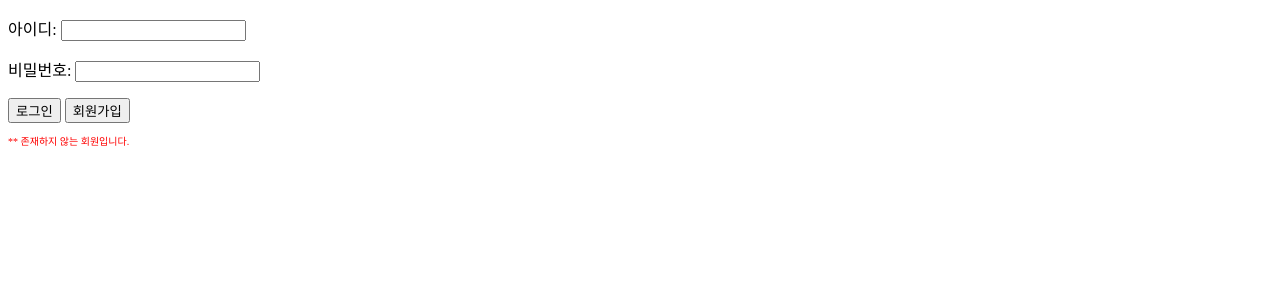
Repository: LeeKukJu/JSP-Study
Page: http://localhost/JSPBook/ch07/totaltest/total_signin_process.jsp
An editor plug-in stored every save of this project. The page is shown before and after the next save, followed by the edit.
The browser window is 1280 px wide. The pictures show the whole page.
The page is served by Tomcat 9. Other server files are loaded and not shown.

Above is the page before, as saved 2023-01-31 06:18:50.

### JSPBook/WebContent/ch07/totaltest/total_signin_process.jsp
<%@page import="dto.MemberVO"%>
<%@page import="java.util.ArrayList"%>
<%@page import="dao.MemberDAO"%>
<%@ page language="java" contentType="text/html; charset=UTF-8"
    pageEncoding="UTF-8"%>

<!--
	로그인 처리를 진행해주세요.

	MemberDAO 클래스를 작성하고 싱글턴 패턴을 적용 후,
	- 회원 전체 리스트를 가져올 수 있는 함수를 작성하세요.
	- 회원 아이디,비밀번호에 해당하는 회원 정보를 가져올 수 있는 함수를 작성하세요.

	1) 로그인 성공 시, total_memberList.jsp로 이동시켜주세요.
	2) 로그인 실패 시, total_signin.jsp로 이동시켜주세요.
 -->

 <%
 	// 1. 로그인 페이지에서 전송한 아이디, 비밀번호를 받는다.
 	String id = request.getParameter("mem_id");
 	String pw = request.getParameter("mem_pw");
 	String msg = null;

 	// 2. 전달받은 아이디, 비밀번호에 해당하는 내 정보가 있는지 없는지 체크
 	// - 회원 데이터 전부를 요청해야한다.
 	// - 회원 데이터 전부와 전달받은 아이디, 비밀번호를 비교한다.
 	// - 회원 데이터 전부를 가져오기 위해 DAO한테 요청
 	// - DAO 인스턴스 필요
 	// - DAO 인스턴스를 통해 회원 데이터 전부를 가져오기 위한 기능 요청

 	MemberDAO dao = MemberDAO.getInstance(); // DAO 인스턴스 얻어오기
 	ArrayList<MemberVO> memberList = dao.getMemberList(); // DAO 인스턴스에서 회원 전체 들고오기


 	// 회원 전체와 전달받은 아이디, 비밀번호를 비교
 	if(memberList.size() > 0){ // 회원 목록 데이터가 존재하면
 		// '회원정보가 존재할때? 존재하지 않을때?'에 해당하는 스위칭
 		boolean flag = false;

 		for(MemberVO memberVO : memberList){
 			if(id.equals(memberVO.getMem_id()) && pw.equals(memberVO.getMem_pw())){
 				flag = true;   // 회원정보가 존재
 				break;
 			}
 		}
 		if(flag){ // 회원정보가 존재하면
 			msg = id + "님! 환영합니다.";

 			session.setAttribute("msg", msg);
 			session.setAttribute("mem_id", id);
 			response.sendRedirect("./total_memberList.jsp");
 		}else{

 			msg = "존재하지 않는 회원입니다.";
 			request.setAttribute("msg", msg);
 			request.getRequestDispatcher("./total_signin.jsp").forward(request, response);
 		}
 	}else{			// 회원 목록 데이터가 존재하지 않음.
 			msg = "존재하지 않는 회원입니다.";
 			request.setAttribute("msg", msg);
 			request.getRequestDispatcher("./total_signin.jsp").forward(request, response);

 	}







 %>

### JSPBook/WebContent/ch07/totaltest/total_signin.jsp
<%@ page language="java" contentType="text/html; charset=UTF-8"
    pageEncoding="UTF-8"%>
<%@ taglib prefix="c" uri="http://java.sun.com/jsp/jstl/core" %>
<!DOCTYPE html>
<html>
<head>
<meta charset="UTF-8">
<title>Insert title here</title>
</head>
<body>
<!--
	문제1) 아이디, 비밀번호를 입력받고 전송 할 폼 양식을 작성하세요.

		아이디 name = mem_id
		비밀번호  name = mem_pw
		버튼이름은 로그인

		버튼 아래에 p태그로 msg 출력 공간 만들어놓기
		<p>에러 메세지를 표시해주세요</p>

		전송 경로 : total_signin_process.jsp

	문제2) 로그인 처리(submit) 후, 로그인 실패 시에 해당 페이지에서 에러메시지를 출력해주세요.
		- 메세지 처리는 자유롭게
		- 메시지 내용도 자유롭게
		- p태그에 메세지를 출력해주세면 됩니다.
 -->

	<form action="total_signin_process.jsp" method="post">
		<p>아이디: <input type="text" name="mem_id"/> </p>
		<p>비밀번호: <input type="text" name="mem_pw"/> </p>
		<input type="submit" value="로그인">
		<a href="./total_signup.jsp"><input type="button" value="회원가입"></a><br>
	</form>
	<%
		if(request.getAttribute("msg") != null){

	%>
			<p style="font-size:10px; color:red;">** <%=request.getAttribute("msg") %></p>
	<%
		}
	%>
	<c:if test="${err == '1'}">
		<p style="font-size:10px; color:red;">** 존재하지 않는 회원입니다.</p>
	</c:if>
</body>
</html>

### JSPBook/src/dao/MemberDAO.java
package dao;

import java.util.ArrayList;

import dto.MemberVO;

public class MemberDAO{

	private ArrayList<MemberVO> memberList = new ArrayList<MemberVO>();
	private static MemberDAO instance = new MemberDAO();
	public static MemberDAO getInstance() {
		return instance;
	}

	public ArrayList<MemberVO> getMemberList() {
		return memberList;
	}

	public void insertMember(MemberVO member) {
		memberList.add(member);
	}

}

After the next save:
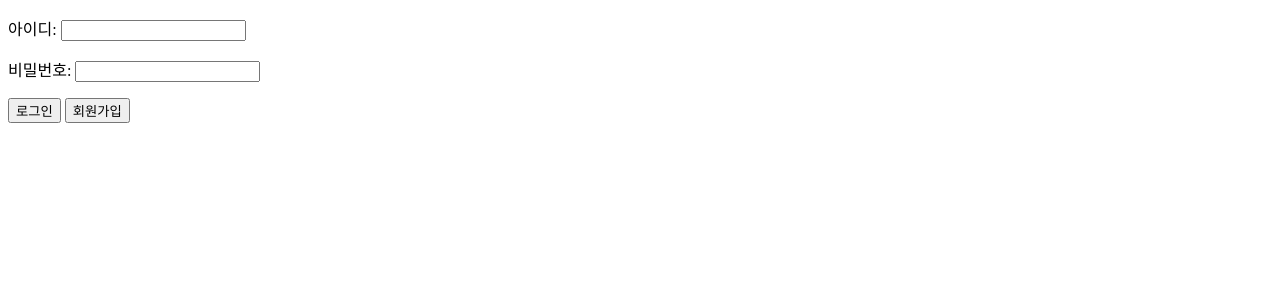
Saved 88 s later.
--- a/JSPBook/WebContent/ch07/totaltest/total_signin.jsp
+++ b/JSPBook/WebContent/ch07/totaltest/total_signin.jsp
@@ -25,21 +25,23 @@
 		- 메시지 내용도 자유롭게
 		- p태그에 메세지를 출력해주세면 됩니다.
  -->
-
+ 	<%
+ 		String error = request.getParameter("error");
+ 	%>
 	<form action="total_signin_process.jsp" method="post">
 		<p>아이디: <input type="text" name="mem_id"/> </p>
 		<p>비밀번호: <input type="text" name="mem_pw"/> </p>
 		<input type="submit" value="로그인">
 		<a href="./total_signup.jsp"><input type="button" value="회원가입"></a><br>
 	</form>
-	<%
+	<%--
 		if(request.getAttribute("msg") != null){
 
-	%>
-			<p style="font-size:10px; color:red;">** <%=request.getAttribute("msg") %></p>
-	<%
+	--%>
+<%-- 			<p style="font-size:10px; color:red;">** <%=request.getAttribute("msg") %></p> --%>
+	<%--
 		}
-	%>
+	--%>
 	<c:if test="${err == '1'}">
 		<p style="font-size:10px; color:red;">** 존재하지 않는 회원입니다.</p>
 	</c:if>

After the 2 saves that followed:
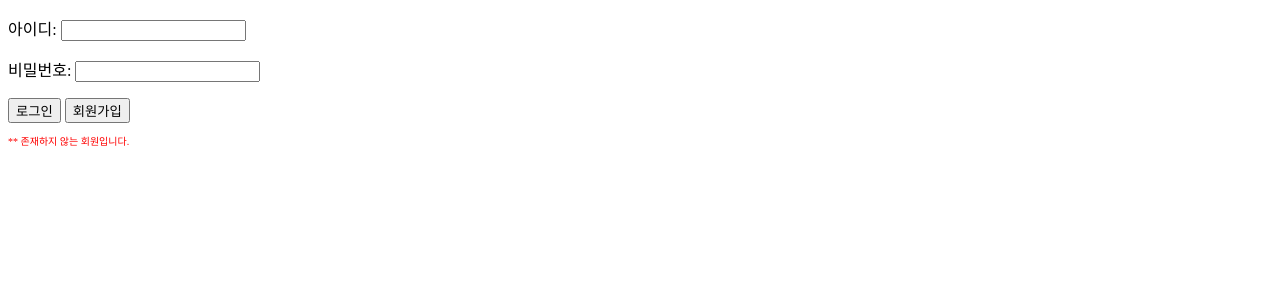
The 2 saves are shown as one change because 1 left the picture as it was.
The last was saved 3 min 29 s later.
--- a/JSPBook/WebContent/ch07/totaltest/total_signin_process.jsp
+++ b/JSPBook/WebContent/ch07/totaltest/total_signin_process.jsp
@@ -51,14 +51,14 @@
  			response.sendRedirect("./total_memberList.jsp");
  		}else{
 
- 			msg = "존재하지 않는 회원입니다.";
- 			request.setAttribute("msg", msg);
- 			request.getRequestDispatcher("./total_signin.jsp").forward(request, response);
+//  			msg = "존재하지 않는 회원입니다.";
+//  			request.setAttribute("msg", msg);
+ 			request.getRequestDispatcher("./total_signin.jsp?error=1").forward(request, response);
  		}
  	}else{			// 회원 목록 데이터가 존재하지 않음.
- 			msg = "존재하지 않는 회원입니다.";
- 			request.setAttribute("msg", msg);
- 			request.getRequestDispatcher("./total_signin.jsp").forward(request, response);
+//  			msg = "존재하지 않는 회원입니다.";
+//  			request.setAttribute("msg", msg);
+ 			request.getRequestDispatcher("./total_signin.jsp?error=1").forward(request, response);
 
  	}
 
--- a/JSPBook/WebContent/ch07/totaltest/total_signin.jsp
+++ b/JSPBook/WebContent/ch07/totaltest/total_signin.jsp
@@ -28,6 +28,7 @@
  	<%
  		String error = request.getParameter("error");
  	%>
+ 	<c:set value="<%=error %>" var="err"/>
 	<form action="total_signin_process.jsp" method="post">
 		<p>아이디: <input type="text" name="mem_id"/> </p>
 		<p>비밀번호: <input type="text" name="mem_pw"/> </p>
